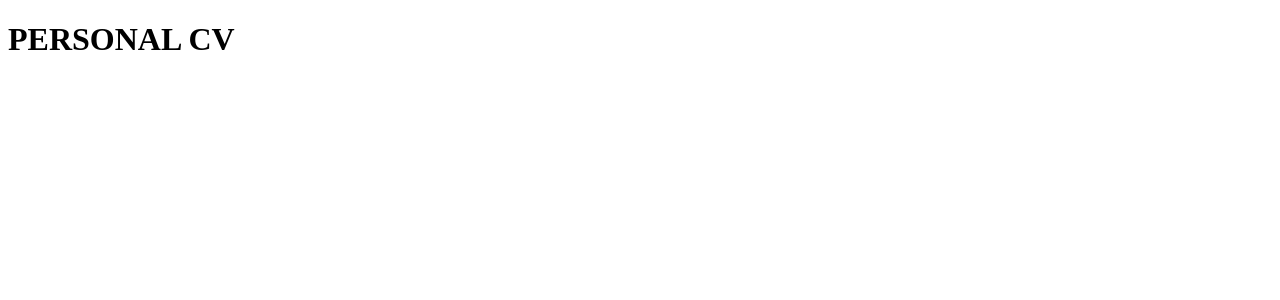
Repository: ChristhoferRisaldy/CVWeb
Page: web.html
These files come from the project's save history. The page is drawn as it stood at one moment and after the next save; the edit follows.
The browser window is 1280 px wide. The pictures show the whole page.

Above is the page before, as saved 2025-02-21 19:23:47.

After the next save:
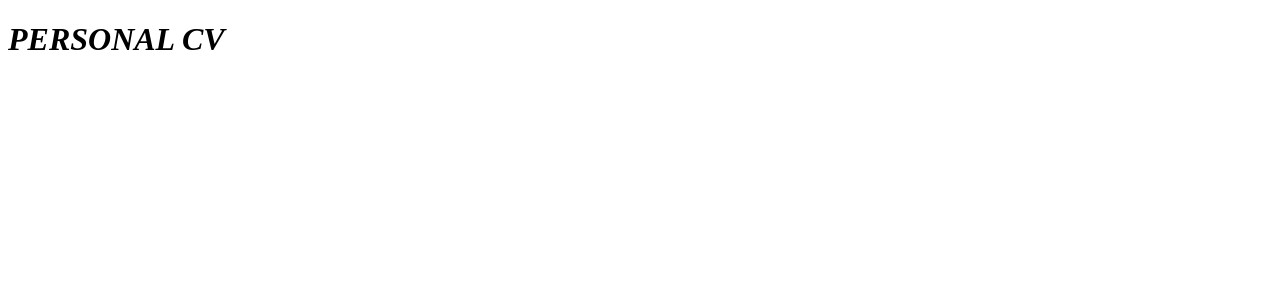
Saved 10 s later.
--- a/web.html
+++ b/web.html
@@ -1,6 +1,6 @@
 <!DOCTYPE html>
 <html>
     <body>
-        <h1><b>PERSONAL CV</b></h1>
+        <h1><i>PERSONAL CV</i></h1>
     </body>
 </html>
